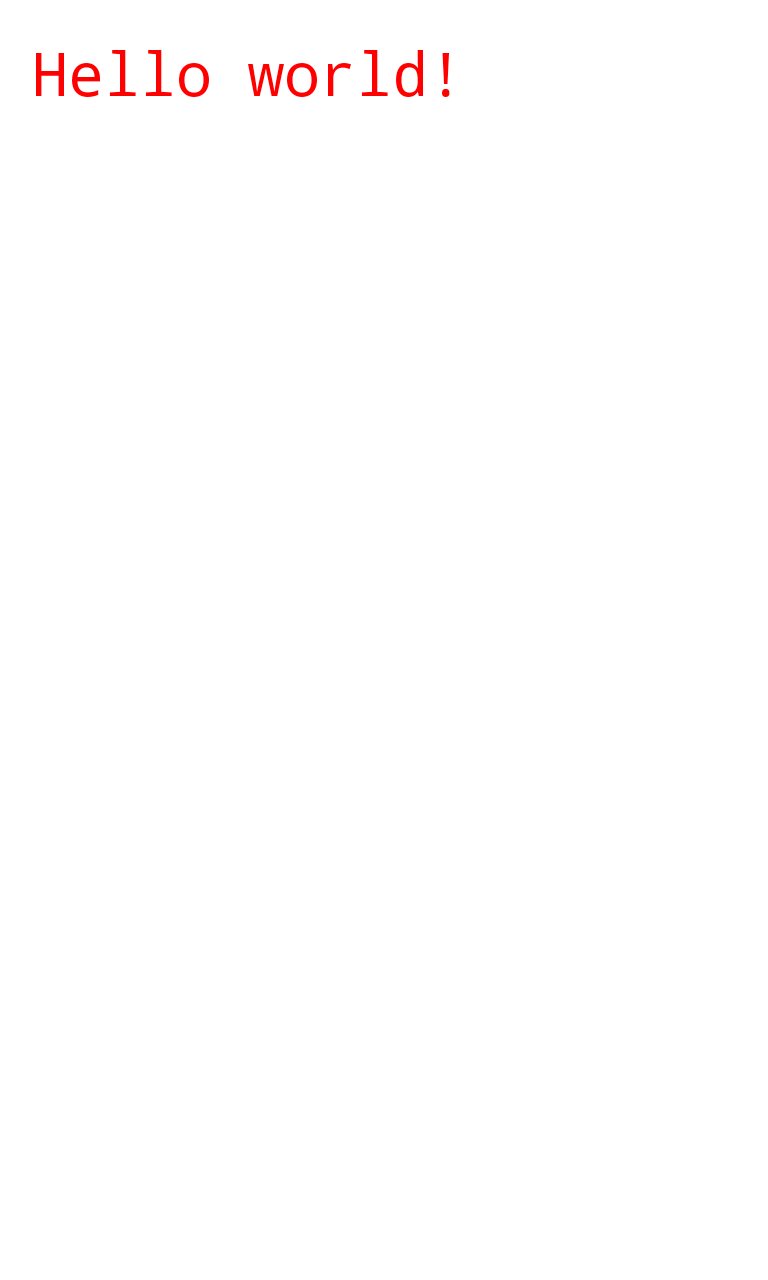
Repository: vamsiampolu/androidworkspace
Layout: StylesAndThemes/res/layout/activity_main.xml
The author's editor kept a copy of each file at every save. The layout is drawn from the files as they stood at one save, then again after the next save.
It is drawn on a 768 x 1280 px phone screen (xhdpi) without system bars, with theme AppTheme; the app's code is not run.

Above is the layout before, as saved 2013-05-10 05:10:21.

After the next save:
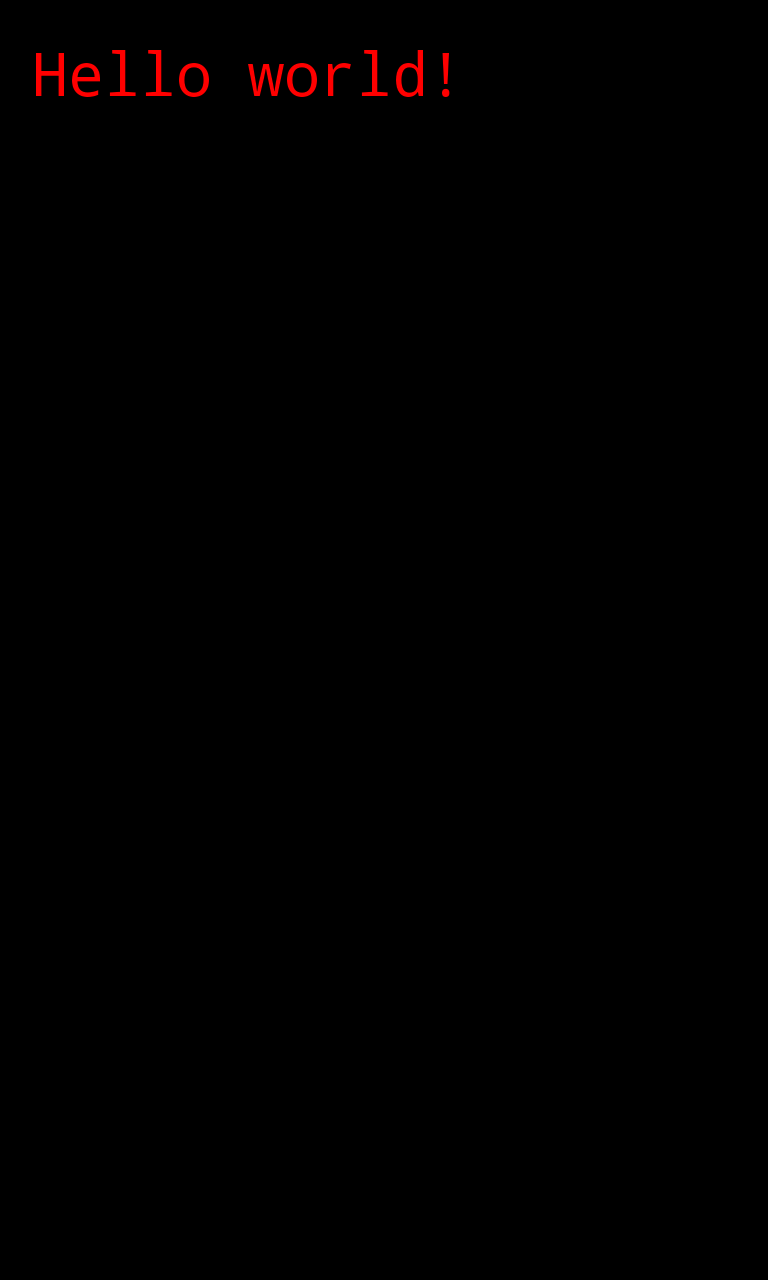
Saved 22 s later.
--- a/StylesAndThemes/res/layout/activity_main.xml
+++ b/StylesAndThemes/res/layout/activity_main.xml
@@ -6,7 +6,9 @@
     android:paddingLeft="@dimen/activity_horizontal_margin"
     android:paddingRight="@dimen/activity_horizontal_margin"
     android:paddingTop="@dimen/activity_vertical_margin"
-    tools:context=".MainActivity" >
+    tools:context=".MainActivity"
+    android:background="#000"
+     >
 
     <!-- Using styles is similar to using css it enables the seperation of design from content
     	A style is a collection of properties defined for the view,a theme is a collection of properties
